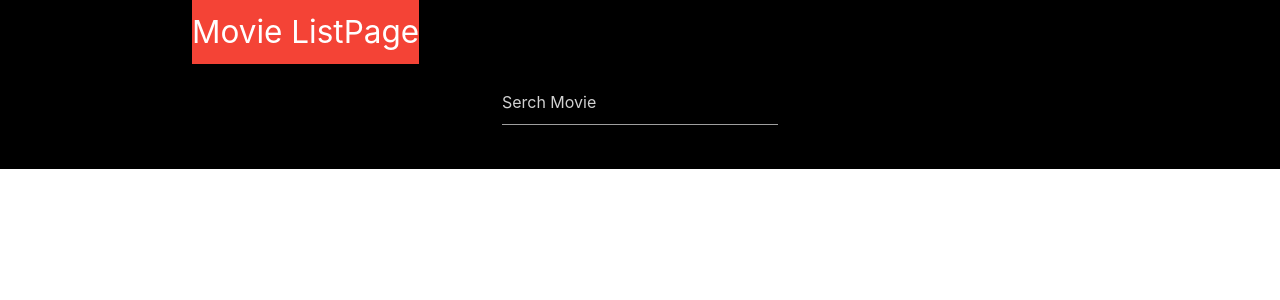
Repository: Reiya-1003/React-Ts-Node-App
Page: /
An editor plug-in stored every save of this project. The page is shown before and after the next save, followed by the edit.
The browser window is 1280 px wide. The pictures show the whole page.
The page's requests for data from a server got no answer. The project was rebuilt for these pictures with package versions that can differ from the ones it lists, and the page was loaded fresh each time. A package was used in the major version that the imports need, not the one package.json lists. No one was signed in, and anything a server would have sent is missing. Also part of the build but not shown: src/Styles.module.css, src/components/Detail.tsx.

Above is the page before, as saved 2021-11-18 11:29:38.

After the next save:
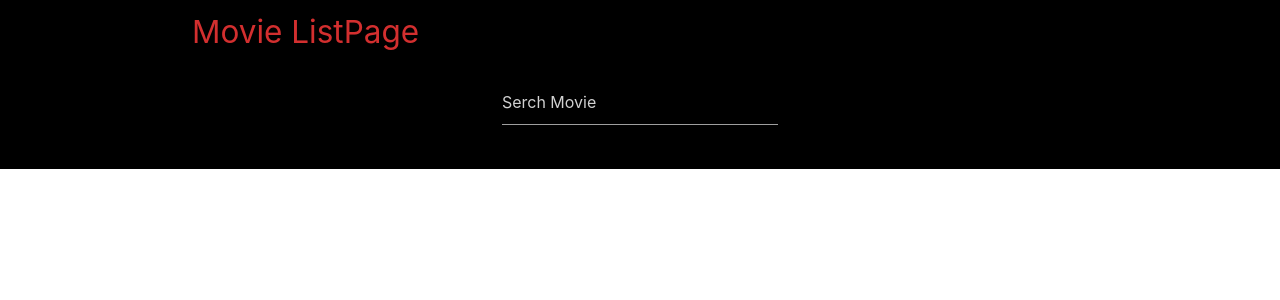
Saved 11 s later.
--- a/src/components/Nav.tsx
+++ b/src/components/Nav.tsx
@@ -5,7 +5,7 @@ const Nav = () => {
     <nav className="black">
       <div className=".nav-wrapper container">
         <a href="" className="brand-logo ">
-          <div className="red accent-4-text ">Movie ListPage</div>
+          <div className="red-text text-darken-2">Movie ListPage</div>
         </a>
       </div>
     </nav>
